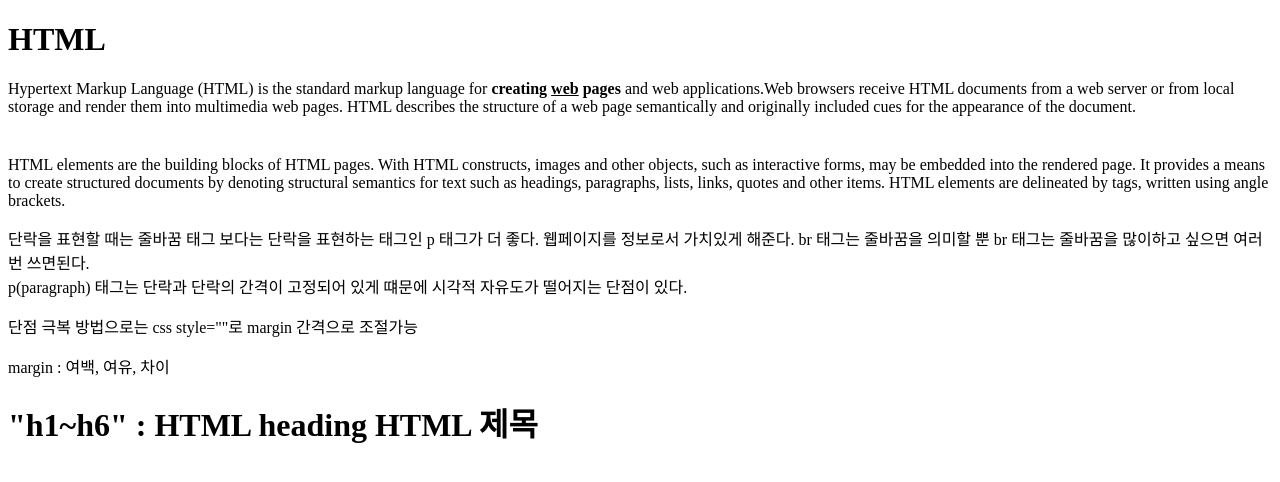
Repository: winterer4/Web-1
Page: HTML5/1.html
These files come from the project's save history. The page is drawn as it stood at one moment and after the next save; the edit follows.
The browser window is 1280 px wide. The pictures show the whole page.

Above is the page before, as saved 2018-10-25 07:29:20.

After the next save:
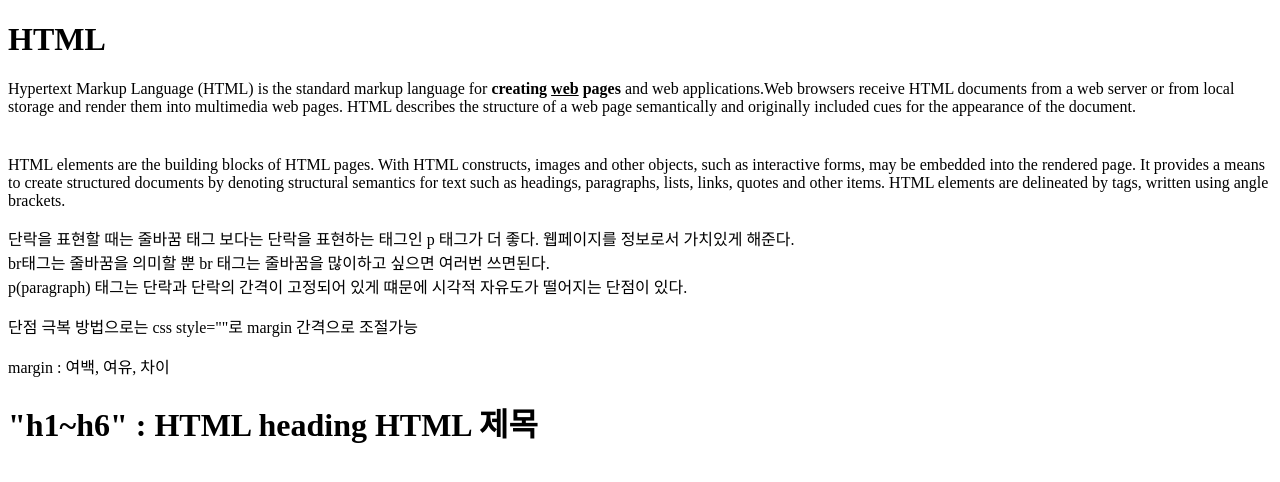
Saved 14 s later.
--- a/HTML5/1.html
+++ b/HTML5/1.html
@@ -28,8 +28,8 @@
 
 
 
-	단락을 표현할 때는 줄바꿈 태그 보다는 단락을 표현하는 태그인 p 태그가 더 좋다. 웹페이지를 정보로서 가치있게 해준다. br
-	태그는 줄바꿈을 의미할 뿐 br 태그는 줄바꿈을 많이하고 싶으면 여러번 쓰면된다.
+	단락을 표현할 때는 줄바꿈 태그 보다는 단락을 표현하는 태그인 p 태그가 더 좋다. 웹페이지를 정보로서 가치있게 해준다.
+	<br> br태그는 줄바꿈을 의미할 뿐 br 태그는 줄바꿈을 많이하고 싶으면 여러번 쓰면된다.
 	<br> p(paragraph) 태그는 단락과 단락의 간격이 고정되어 있게 떄문에 시각적 자유도가 떨어지는 단점이 있다.
 	<p> 단점 극복 방법으로는 css style=""로 margin 간격으로 조절가능</p>
 	 margin : 여백, 여유, 차이
